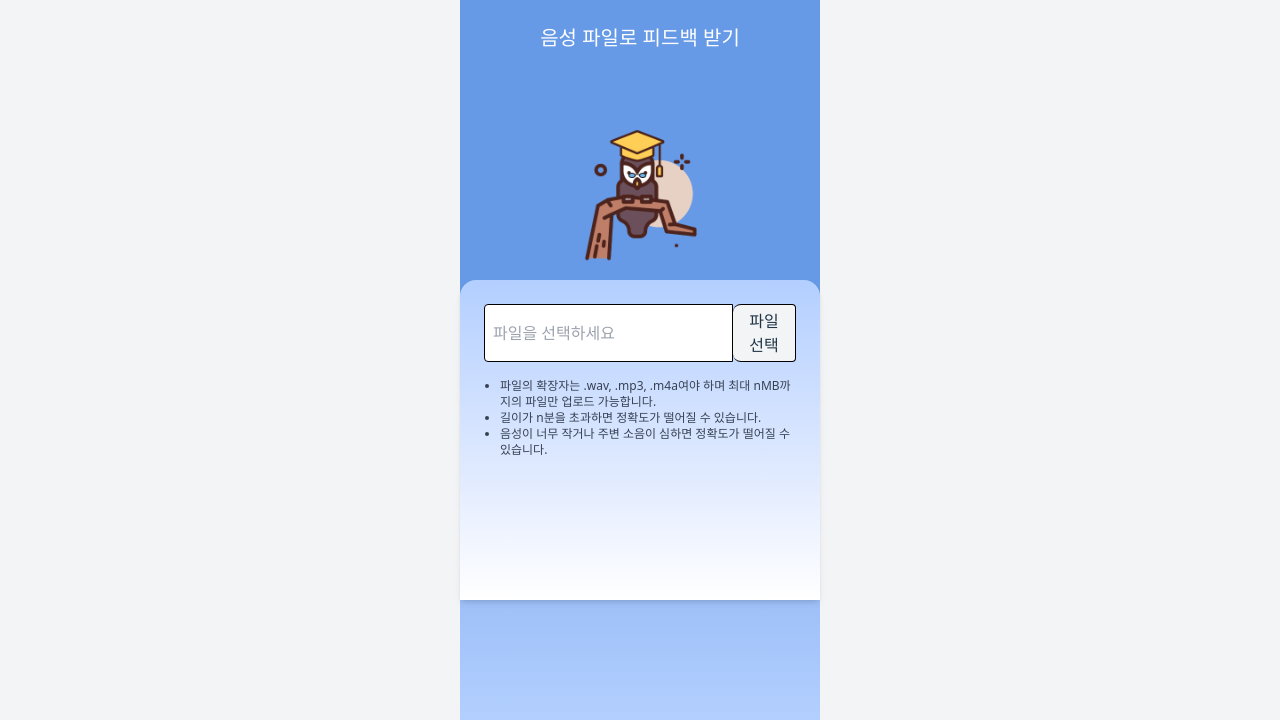
Repository: yurim1205/mini_front
Page: /record (app in frontend/)
The author's editor kept a copy of each file at every save. The page is drawn from the files as they stood at one save, then again after the next save.
The browser window is 1280 px wide. The pictures show the whole page.
The project was rebuilt for these pictures with package versions that can differ from the ones it lists, and the page was loaded fresh each time. Also part of the build but not shown: frontend/vite.config.js, frontend/src/components/common/Button.jsx, frontend/src/components/buttons/fileFeedbackBtn.jsx, frontend/src/components/buttons/rec_FeedbackBtn.jsx, frontend/src/pages/home.jsx, frontend/src/pages/fileFeedback.jsx.

Above is the page before, as saved 2025-05-14 09:20:07.

### frontend/src/App.jsx
import { BrowserRouter, Routes, Route } from 'react-router-dom';
import Home from './pages/home';
import FileFeedback from './pages/fileFeedback';
import RecordFeedback from './pages/recordFeedback';

function App() {
  return (
    <BrowserRouter>
      <Routes>
        <Route path="/" element={<Home />} />
        <Route path="/file" element={<FileFeedback />} />
        <Route path="/record" element={<RecordFeedback />} />
      </Routes>
    </BrowserRouter>
  );
}

export default App;

### frontend/src/pages/recordFeedback.jsx
import React from "react";
import { useNavigate } from "react-router-dom";
import owlImg from "../assets/img/owl.png"; // 부엉이 이미지 경로에 맞게 수정

function FileUploadPage() {
  const navigate = useNavigate();

  return (
    <div className="w-screen h-screen flex justify-center items-center bg-gray-100">
      <div
        className="relative h-screen flex flex-col items-center max-w-[360px] w-full"
        style={{
          background: "linear-gradient(to bottom, #6699E6 0%, #6699E6 40%, #b3cfff 100%)"
        }}
      >
        <div className="flex items-center w-full px-4 pt-6">
          {/* <button onClick={() => navigate(-1)} className="text-2xl mr-2">{'←'}</button> */}
          <span className="text-xl font-semibold mx-auto text-white">음성 파일로 피드백 받기</span>
        </div>

        <img
          src={owlImg}
          alt="owl"
          className="w-36 mx-auto mt-16 "
        />

        <div
          className="rounded-t-2xl rounded-b-none shadow-md w-full px-6 py-6 mt-2 flex flex-col items-center min-h-[320px]"
          style={{
            background: "linear-gradient(to bottom, #b3cfff 0%, #e0eaff 60%, #fff 100%)"
          }}
        >
          {/* 파일 업로드 부분 */}
          <div className="flex w-full mb-4">
            <input
              type="text"
              className="border border-black rounded-l px-2 py-1 flex-1"
              placeholder="파일을 선택하세요"
              readOnly
            />
            <button className="border border-black border-l-0 rounded-r px-4 py-1 bg-gray-100">
              파일 선택
            </button>
          </div>
          <ul className="text-xs text-gray-700 w-full list-disc pl-4">
            <li>파일의 확장자는 .wav, .mp3, .m4a여야 하며 최대 nMB까지의 파일만 업로드 가능합니다.</li>
            <li>길이가 n분을 초과하면 정확도가 떨어질 수 있습니다.</li>
            <li>음성이 너무 작거나 주변 소음이 심하면 정확도가 떨어질 수 있습니다.</li>
          </ul>
        </div>
      </div>
    </div>
  );
}

export default FileUploadPage;

### frontend/tailwind.config.js
/** @type {import('tailwindcss').Config} */
export default {
    content: [
      "./index.html",
      "./src/**/*.{js,ts,jsx,tsx}",
    ],
    theme: {
      extend: {
        colors:{
          'main-top': '#6699E6',
          'main-bottom': '#0A27E5',
        }
      },
    },
    plugins: [],
  }

Loaded but not shown: frontend/index.html (common file); frontend/src/main.jsx (common file); frontend/src/index.css (common file)

After the next save:
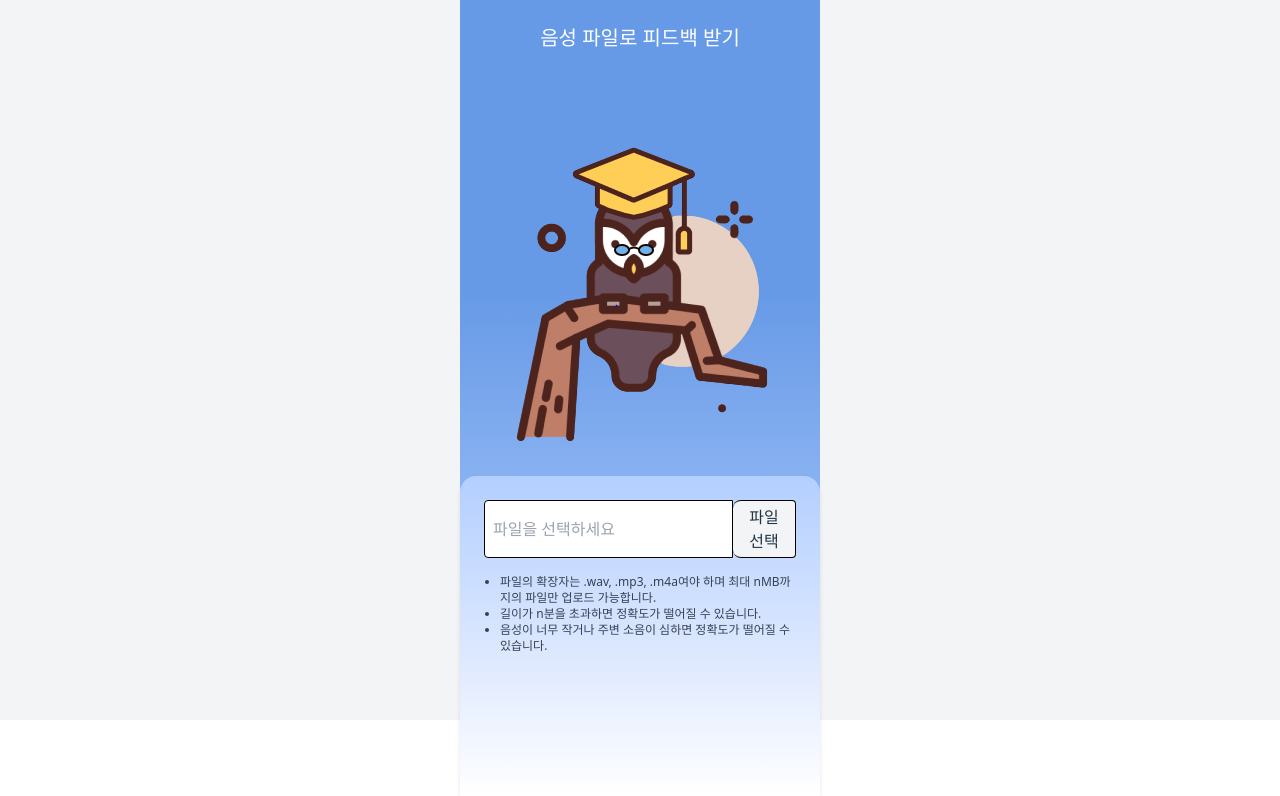
Saved 7 s later.
--- a/frontend/src/pages/recordFeedback.jsx
+++ b/frontend/src/pages/recordFeedback.jsx
@@ -21,7 +21,7 @@
         <img
           src={owlImg}
           alt="owl"
-          className="w-36 mx-auto mt-16 "
+          className="w-42 mx-auto mt-16 "
         />
 
         <div
